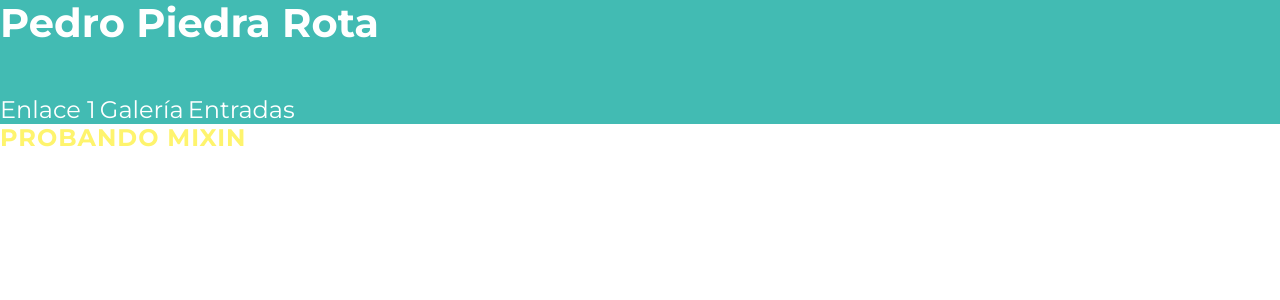
Repository: araque1990/PedroPiedraRota
Page: index.html
These files come from the project's save history. The page is drawn as it stood at one moment and after the next save; the edit follows.
The browser window is 1280 px wide. The pictures show the whole page.
The style sheet was rebuilt from its Sass, Less or Tailwind sources for each picture, by a compiler version that may differ from the author's.

Above is the page before, as saved 2023-03-13 17:33:39.

### index.html
<!DOCTYPE html>
<html lang="es">
 <head>
  <meta charset="UTF-8" />
  <meta http-equiv="X-UA-Compatible" content="IE=edge" />
  <meta name="viewport" content="width=device-width, initial-scale=1.0" />
  <title>Pedro "Piedra Rota"</title>
  <meta
   name="description"
   content="Rock Zaragoza, Pedro Piedra Rota, Sitio Web Oficial"
  />
  <meta
   name="keywords"
   content="Rock Zaragoza, pagina oficial de Pedro Civera Sanchez, Pedro Piedra Rota"
  />
  <link rel="preconnect" href="https://fonts.googleapis.com" />
  <link rel="preconnect" href="https://fonts.gstatic.com" crossorigin />
  <link
   href="https://fonts.googleapis.com/css2?family=Montserrat:wght@300;400;700;900&display=swap"
   rel="stylesheet"
  />
  <link rel="shortcut icon" href="img/icono/Guitarra.svg" type="image/svg" />
  <link rel="stylesheet" href="build/css/app.css" />
 </head>

 <body>
  <header class="header">
   <div class="contendor contenido-header">
    <h1>Pedro Piedra Rota</h1>
    <nav class="navegacion-principal">
     <a href="#">Enlace 1</a>
     <a href="#">Galería</a>
     <a href="#">Entradas</a>
    </nav>
   </div>
  </header>
  <h1 class="prueba">Probando Mixin</h1>
 </body>
</html>

### src/scss/app.scss
@use 'base';
@use 'layout';

### src/scss/base/_variables.scss
// Tipografia
$fuente_principal: 'Montserrat', sans-serif;

// Colores
$verde: #42bbb3;
$rosa: #f53756;
$amarillo: #fef46d;
$morado: #752f97;
$negro: #000;
$blanco: #fff;

### src/scss/base/_mixins.scss
@use 'variables' as v;

@mixin heading($color: black) {
  text-transform: uppercase;
  font-size: 2.4rem;
  color: $color;
  letter-spacing: 1px;
}

### src/scss/base/_globales.scss
@use 'variables' as v;

html {
  font-size: 62.5%;
  box-sizing: border-box;
}

*, *:before, *:after {
  box-sizing: inherit;
}
body {
  font-family: v.$fuente_principal;
  font-size: 1.6rem;
}

p {
  font-size: 2rem;
  color: v.$negro;
}

.contenedor {
  width: 95%;
  max-width: 120rem;
  margin: 0 auto;
}

a{
  text-decoration: none;
}

h1, h2, h3 {
  margin: 0 0 5rem 0;
}

h1 {
  font-size: 4rem;
}

h2 {
  font-size: 3.6rem;
}

h3 {
  font-size: 3rem;
}

### src/scss/layout/_header.scss
@use '../base/variables' as v;
@use '../base/mixins' as m;

.header {
  background-color: v.$verde;

  h1 {
    color: v.$blanco;
  }
}

.navegacion-principal {
  a {
    color: v.$blanco;
    font-size: 2.4rem;

    &:hover {
      color: v.$amarillo;
    }
  }
}

.prueba {
  @include m.heading(v.$amarillo);
}

Loaded but not shown: src/scss/base/_index.scss (common file); src/scss/base/_normalize.scss (common file); src/scss/layout/_index.scss (common file)

After the next save:
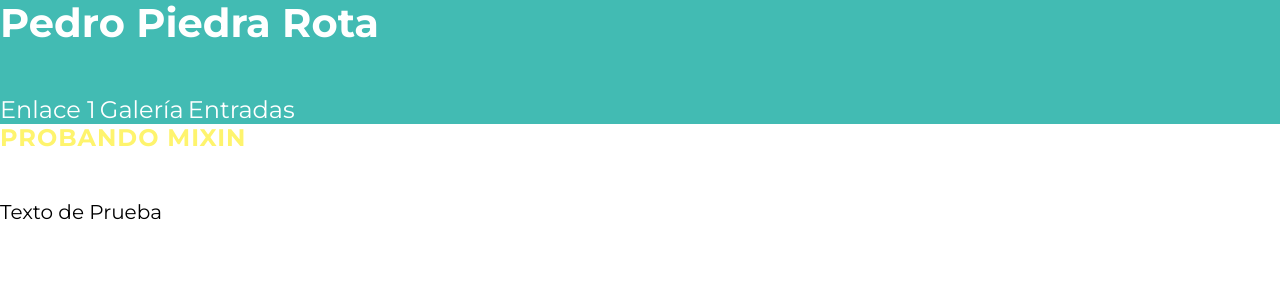
Saved 53 s later.
--- a/index.html
+++ b/index.html
@@ -35,5 +35,6 @@
    </div>
   </header>
   <h1 class="prueba">Probando Mixin</h1>
+  <p class="texto">Texto de Prueba</p>
  </body>
 </html>
